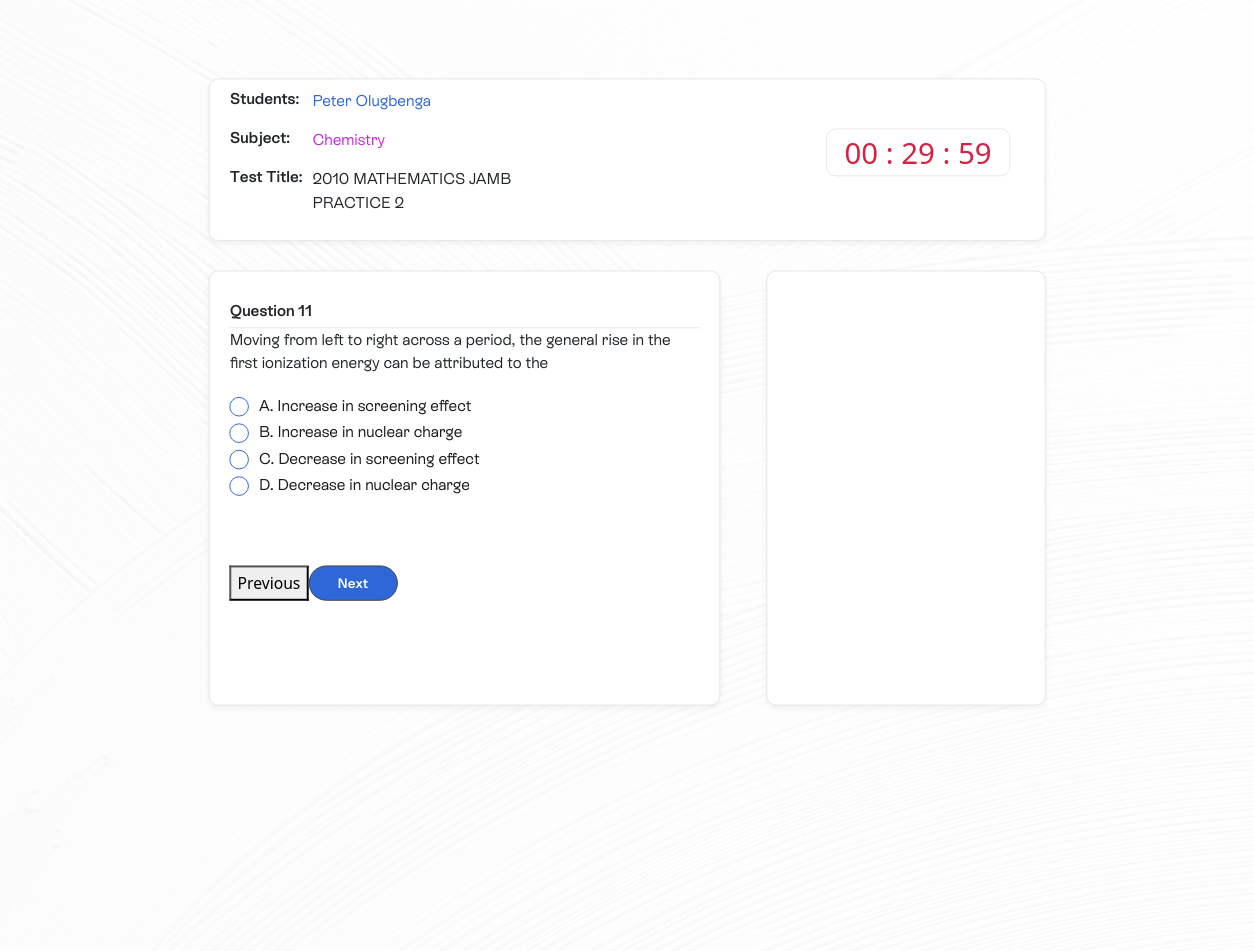
Repository: sarahnnanyelugo/educare-cbt
Page: /question
The author's editor kept a copy of each file at every save. The page is drawn from the files as they stood at one save, then again after the next save.
The browser window is 1280 px wide. The pictures show the whole page, at 98% of full size.
The project was rebuilt for these pictures with package versions that can differ from the ones it lists, and the page was loaded fresh each time. Also part of the build but not shown: src/components/Form/Form.js, src/pages/AuthenticationPage/auth.scss, src/pages/AuthenticationPage/AuthenticationPage.js, src/components/TestModal/test-modal.scss, src/components/TestModal/TestModal.js, src/components/Exams/Exams.js, src/TestData/examsData.js, src/TestData/index.js and 2 more. Imported but missing from the stored project, and not drawn on this page: src/components/Form/Password, src/components/GoogleButton/GoogleButton.

Above is the page before, as saved 2023-11-05 14:25:34.

### src/App.js
import logo from "./logo.svg";
import "./App.css";
import "bootstrap/dist/css/bootstrap.min.css";
import { BrowserRouter, Routes, Route, Link, Outlet } from "react-router-dom";
import { AuthenticationPage } from "./pages/AuthenticationPage/AuthenticationPage";
import { Home } from "./pages/Home/Home";
import ScrollToTop from "./components/scrollToTop";
import { Navbar } from "./components/Navbar/Navbar";
import { TestInstructions } from "./pages/TestInstructions/TestInstructions";
import { Question } from "./pages/Question/Question";
function App() {
  return (
    <>
      <ScrollToTop />
      <Navbar />
      <Routes>
        <Route path="/" element={<AuthenticationPage />} />{" "}
        <Route path="home" element={<Home />} />{" "}
        <Route path="test-instructions" element={<TestInstructions />} />{" "}
        <Route path="question" element={<Question />} />{" "}
      </Routes>
    </>
  );
}

export default App;

### src/App.css
@font-face {
  font-family: rebondG;
  src: url(./assets/fonts/Rebond_font/RebondG.otf);
}
@font-face {
  font-family: rebondG-Bold;
  src: url(./assets/fonts/Rebond_font/RebondG-Bold.otf);
}
@font-face {
  font-family: rebondG-Semi-Bold;
  src: url(./assets/fonts/Rebond_font/Rebond-semibold.otf);
}
@font-face {
  font-family: rebondG-Medium;
  src: url(./assets/fonts/Rebond_font/RebondGrotesqueMedium.otf);
}
@font-face {
  font-family: rebondBook;
  src: url(./assets/fonts/Rebond_font/RebondG-Book.ttf);
}

h1,
h2,
h3,
h4,
h5,
h6 {
  font-family: rebondG-Semi-Bold;
}

p {
  font-family: rebondBook;
  font-size: 16px;
}
small {
  font-family: rebondBook;
}
button {
  font-family: rebondG-Semi-Bold;
}
ul li {
  font-family: rebondG-Medium;
}
@media screen and (min-width: 620px) {
  .flexy {
    display: flex;
  }
}
@media screen and (max-width: 620px) {
  .flexyM {
    display: flex;
  }
}

### src/components/Navbar/Navbar.js
import React, { useEffect, useRef, useState } from "react";
import "./navbar.scss";
import Logo from "../../assets/images/logo.png";
import { Link, NavLink } from "react-router-dom";
import { useLocation } from "react-router-dom";

export const Navbar = () => {
  const location = useLocation();
  const prevUrlRef = useRef(null);
  const [showNav, setShowNav] = useState(true);
  useEffect(() => {
    const currentUrl = window.location.pathname;
    if (prevUrlRef.current !== currentUrl) {
      prevUrlRef.current = currentUrl;
      console.log(currentUrl);
      setTimeout(() => {
        switch (currentUrl) {
          case "/":
            setShowNav(false);
            break;
          case "/test-instructions":
            setShowNav(false);
            break;
          case "/question":
            setShowNav(false);
            break;

          default:
            setShowNav(true);
            break;
        }
        localStorage.setItem("showNav", showNav);
      }, 200);
    }
  });
  return (
    <div className={`nav-container flexy ${showNav ? "" : "hide"} `}>
      <div className="logo-holder  col-md-1 flexy ">
        {" "}
        <Link to={"/"}>
          {" "}
          <img className="   logo" src={Logo} alt="Scholar" width="50%" />
        </Link>
      </div>
      <div className="flexy navs">
        <NavLink activeclassName="active" className="navlinks" to={"/home"}>
          <button> Home</button>
        </NavLink>{" "}
        <NavLink
          activeclassName="active"
          className="navlinks"
          to={"/test-analysis"}
        >
          <button> Test Analysis</button>
        </NavLink>{" "}
        <NavLink activeclassName="active" className="navlinks" to={"/wallet"}>
          <button> Wallet</button>
        </NavLink>
      </div>
    </div>
  );
};

### src/pages/Question/Question.js
import React from "react";
import "./question.scss";
import Alert from "../../assets/images/alert.svg";
import { Link } from "react-router-dom";

export const Question = () => {
  return (
    <>
      <div className="test-instructions-div">
        <div className="col-md-8 offset-md-2 student-details flexy">
          <div className="col-md-5 ">
            <div className="flexy flexyM">
              {" "}
              <h6 className="col-md-3 ">Students:</h6>
              <p style={{ color: "#2F67D8" }}>Peter Olugbenga</p>
            </div>
            <div className="flexy flexyM">
              {" "}
              <h6 className="col-md-3">Subject:</h6>
              <p style={{ color: "#C32BD6" }}>Chemistry</p>
            </div>{" "}
            <div className="flexy flexyM">
              {" "}
              <h6 className="col-md-3">Test Title:</h6>
              <p>2010 MATHEMATICS JAMB PRACTICE 2</p>
            </div>
          </div>
          <div className="timer offset-md-4 mt4">
            <button>00 : 29 : 59</button>
          </div>
        </div>
        <div className="col-md-8 offset-md-2 flexy">
          {" "}
          <div className="col-md-8 ">
            <div className="col-md-11  instructions">
              <div className="title-div">
                {" "}
                <h6>Question 11</h6>
              </div>
              <p>
                Moving from left to right across a period, the general rise in
                the first ionization energy can be attributed to the
              </p>
              <div>
                <input
                  type="radio"
                  id="answer-a"
                  name="answers"
                  value="answer-a"
                />
                <label for="answer-a">A. Increase in screening effect</label>
              </div>
              <div>
                <input
                  type="radio"
                  id="answer-b"
                  name="answers"
                  value="answer-b"
                />
                <label for="answer-b">B. Increase in nuclear charge</label>
              </div>
              <div>
                <input
                  type="radio"
                  id="answer-c"
                  name="answers"
                  value="answer-c"
                />
                <label for="answer-c">C. Decrease in screening effect</label>
              </div>{" "}
              <div>
                <input
                  type="radio"
                  id="answer-d"
                  name="answers"
                  value="answer-d"
                />
                <label for="answer-d">D. Decrease in nuclear charge</label>
              </div>
              <div className="flexy mt7">
                <button className="previous-btn">Previous</button>
                <button className="next-btn">Next</button>
              </div>
            </div>
          </div>
          <div className="col-md-4 instructions"></div>
        </div>
      </div>
    </>
  );
};

### src/pages/Home/home.scss
@import "../../variables";
@import "../../shared-styles";

.home-div {
  padding-top: 60px;
  padding-bottom: 60px;
  .unit {
    h3 {
      flex-grow: 1;
    }
    button {
      color: #2f67d8;
      background: #2f67d81a;
      border: solid 1px #2f67d8;
      width: 163px;
      font-size: 14px;
      height: 32px;
      border-radius: 100px;
    }
  }
  .question-type-div {
    border-radius: 11px;
    background: #ffffff;
    padding: 15px;
    border: solid 1px #e7e7e7;
    box-shadow: 0px 3px 6px #0000000d;
    input {
      width: 90%;
      border: solid 1px #cecbcb;
      height: 37px;
      border-radius: 10px;
      background: #fff;
      padding-left: 20px;
    }
    ::placeholder {
      color: #191919 !important;
      text-align: left;
      opacity: 0.3;
      font-size: 14px !important;
      font-family: rebondG-Medium;
    }
    button {
      @include main-btn;
      margin-top: 25px;
    }
  }
  .sort {
    margin-top: 100px;
    margin-bottom: 20px;
    h3 {
      flex-grow: 1;
    }
    h6 {
      margin-top: 10px;
      margin-right: 5px;
    }
    select {
      border: solid 1px #cecbcb;
      border-radius: 35px;
      width: 100px;
      background: #fff;
      font-family: rebondG-Medium;
      font-size: 14px;
      color: #191919;
    }
  }
}

### src/components/Navbar/navbar.scss
.nav-container {
  padding: 5px 60px;
  box-shadow: 0px 3px 6px #00000029;
  background: #fff;
  .logo-holder {
    flex-grow: 1;
  }
  .navs {
    flex-grow: 1;
    .navlinks {
      button {
        margin: 0 10px;
        padding: 5px 13px;
        border: none;
        color: #000;
        margin-top: 10px;
        text-decoration: none;
        font-size: 14px;
        border-radius: 100px;
        background: #fff;
        font-family: rebondG-Medium;
      }
    }
  }
}
.active {
  button {
    color: #2f67d8 !important;
    background: #c7d8fa !important;
  }
}

### src/pages/TestInstructions/test-instructions.scss
@import "../../variables";
@import "../../shared-styles";

.test-instructions-div {
  padding-top: 80px;
  padding-bottom: 250px;
  background: url("../../assets/images/brush-bg.png");
  background-size: cover;
  background-repeat: no-repeat;
  //   background-position: center;
  .instructions {
    border: 1px solid #e7e7e7;
    box-shadow: 0px 3px 6px #0000000d;
    border-radius: 10px;
    height: 444px;
    background: #fff;
    padding: 30px 20px;
    .title-div {
      border-bottom: 1px solid #e7e7e7;
    }
    .inner {
      margin-top: 30px;
      h6 {
        margin-bottom: 20px;
        font-size: 16px;
      }
      p {
        font-size: 16px;
      }
      .proceed-btn {
        @include main-btn;
      }
      .back-btn {
        border: 1px solid #2f67d8;
        color: #2f67d8;
        background: #fff;
        border-radius: 100px;
        width: 91px;
        height: 36px;
        font-size: 14px;
      }
      .instruction-btns {
        margin-top: 250px;
      }
    }
    ul {
      margin-top: 60px;
    }
    ul li {
      color: #d52143;
      font-size: 14px;
      img {
        margin-right: 7px;
      }
    }
  }
}

### src/pages/Question/question.scss
@import "../../variables";
@import "../../shared-styles";

.test-instructions-div {
  padding-top: 80px;
  padding-bottom: 250px;
  background: url("../../assets/images/brush-bg.png");
  background-size: cover;
  background-repeat: no-repeat;
  .student-details {
    border: 1px solid #e7e7e7;
    box-shadow: 0px 3px 6px #0000000d;
    border-radius: 10px;
    background: #fff;
    padding: 10px 20px;
    margin-bottom: 30px;
    .timer {
      button {
        color: #d52143;
        font-size: 30px;
        width: 188px;
        // height: 40px;
        border: solid 1px #e7e7e7;
        border-radius: 10px;
        background: #fff;
      }
    }
  }
  .instructions {
    border: 1px solid #e7e7e7;
    box-shadow: 0px 3px 6px #0000000d;
    border-radius: 10px;
    height: 444px;
    background: #fff;
    padding: 30px 20px;
  }
}
input[type="radio"] {
  appearance: none;
  -webkit-appearance: none;
  width: 20px;
  height: 20px;
  border: 1px solid #2f67d8;
  border-radius: 50%;
  margin-right: 10px;
  background-color: transparent;
  position: relative;
  top: 6px;
}

input[type="radio"]:checked::before {
  content: "";
  display: block;
  width: 12px;
  height: 12px;
  background-color: #2f67d8;
  border-radius: 50%;
  position: absolute;
  top: 50%;
  left: 50%;
  transform: translate(-50%, -50%);
}

label {
  font-size: 16px;
  font-family: rebondBook;

  color: #191919;
}
.previous-btn {
}
.next-btn {
  @include main-btn;
}

### src/components/Form/form.scss
@import "../../variables";
@import "../../shared-styles";

.form-container {
  border: solid 1px rgb(255, 255, 255);
  border-radius: 15px;
  box-shadow: 0 0 1px 1px rgb(221, 221, 221);
  padding: 30px 20px 50px 20px;
  background: #fff;
  .or {
    .bodda {
      border-top: solid 1px #efefef;
      margin-top: 30px;
    }
    p {
      margin-top: 15px;
    }
  }
  .form-heading {
    color: #161617;
    font-size: 16px;
  }
}

.form {
  width: 100%;
  position: relative;
  height: fit-content;
  overflow: hidden;
}

.form input {
  width: 100%;
  height: 100%;
  color: #191919;
  padding-top: 10px;
  padding-bottom: 10px;
  padding-left: 20px;
  border-radius: 10px;
  height: 40px;
  margin-top: 20px;
  border: solid 1px #e7e7e7;
  background: #fff;
  font-family: rebondG-Semi-Bold;
}
.form label {
  position: absolute;
  bottom: 4px;
  left: 20px;
  width: 100%;
  height: 100%;
  font-size: 12px;
  font-family: rebondG;
  color: #161617;
  pointer-events: none;
}
.form label::after {
  content: "";
  position: absolute;
  bottom: -1px;
  left: 0px;
  width: 100%;
  height: 100%;
  transform: translateX(-100%);
  transition: all 0.3s ease;
}

.content-name {
  position: absolute;
  bottom: 0px;
  left: 0px;
  padding-bottom: 5px;
  transition: all 0.3s ease;
}
.form input:focus {
  outline: none;
}
.form input:focus + .label-name .content-name,
.form input:valid + .label-name .content-name {
  transform: translateY(-100%);
  font-size: 8px;
  left: 0px;
  color: black;
}
.form input:focus + .label-name::after,
.form input:valid + .label-name::after {
  transform: translateX(0%);
}
.password-input {
  input {
    border: solid 1px #edecec !important;
    padding: 9px 5px;
    border-radius: 10px;
    background: #fff !important;
    width: 100% !important;
    height: 40px;
  }
  img {
    margin-left: -35px;
    border-right: solid 1px rgb(226, 220, 220) !important;
    border-radius: 7px;
    @media screen and (max-width: 620px) {
      margin-left: -18px;
    }
  }
}
.formButton {
  color: #fff;
  border: none;
  padding: 10px 0;
  border-radius: 35px;
  margin-top: 30px;
  width: 100%;
  font-size: 16px !important;
  font-weight: bold !important;
  font-family: rebondG-Medium;
  background: #2f67d8;
  &:hover {
    background: #1e4ba7;
    transition: 0.5 ease;
  }
  @media screen and (max-width: 620px) {
  }
}
.css-qbdosj-Input {
  padding: 6px 5px !important;
}
.css-13cymwt-control {
  border-radius: 10px !important;
  height: 40px !important;
  border: solid 1px rgb(236, 233, 233) !important;
}
//////////////////////////////////////////////////////////////////////////////////////////

.formpassword {
  width: 100%;
  position: relative;
  height: fit-content;
  overflow: hidden;
}

.formpassword input {
  width: 100%;
  height: 100%;
  color: #191919;
  padding-top: 10px;
  padding-bottom: 10px;
  padding-left: 20px;
  border-radius: 10px;
  height: 40px;
  margin-top: 20px;
  border: solid 1px #e7e7e7;
  background: #fff;
  font-family: rebondG-Semi-Bold;
}
.formpassword label {
  position: absolute;
  bottom: 4px;
  left: 20px;
  width: 100%;
  height: 100%;
  font-size: 12px;
  font-family: rebondG;
  color: #161617;
  pointer-events: none;
}
.formpassword label::after {
  content: "";
  position: absolute;
  bottom: -1px;
  left: 0px;
  width: 100%;
  height: 100%;
  transform: translateX(-100%);
  transition: all 0.3s ease;
}

.content-name {
  position: absolute;
  bottom: 0px;
  left: 0px;
  padding-bottom: 5px;
  transition: all 0.3s ease;
}
.formpassword input:focus {
  outline: none;
}
.formpassword input:focus + .label-name .content-name,
.formpassword input:valid + .label-name .content-name {
  transform: translateY(-100%);
  font-size: 8px;
  left: 0px;
  color: black;
}
.formpassword input:focus + .label-name::after,
.formpassword input:valid + .label-name::after {
  transform: translateX(0%);
}
.css-1jqq78o-placeholder {
  font-family: rebondBook !important;
  color: #161617 !important;
  font-size: 12px !important;
  font-family: rebondBook !important ;
}
.PhoneInputCountry {
  background: #fff !important;
}
.hide {
  display: none;
}
.show {
  display: block;
}

### src/components/Exams/exams.scss
@import "../../variables";
@import "../../shared-styles";

.questions-div {
  border: 1px solid #e7e7e7;
  border-radius: 11px;
  box-shadow: 0px 3px 6px #0000000d;
  height: 89px;
  margin-bottom: 30px;
  padding-top: 15px;
  h6 {
    font-size: 16px;
  }
  p {
    font-size: 14px;
  }
  button {
    @include main-btn;
  }

  tr td {
    border: none;
    padding: 0 !important;
    text-align: left;
    small {
      font-size: 14px;
    }
  }
}

### src/_variables.scss
$blue: #0098da;
$lightblue: #e1f2fa;
$purple: #5044b2;
@mixin get-started-button {
  color: #fff;
  border-radius: 35px;
  border: solid 1px #414244;
  padding: 8px 20px;
  font-size: 14px;
  font-family: rebondG-Semi-Bold;

  // &:hover {
  //   background: #30266b;
  //   transition: 0.5s ease;
  // }
}
@mixin main-btn {
  background: #2f67d8 !important;
  color: #fff;
  border-radius: 100px;
  // padding: 8px 20px;
  width: 91px;
  height: 36px;
  font-size: 14px;
  border: solid 1px #414244;
  font-family: rebondG-Semi-Bold;

  &:hover {
    background: #1e4ba7 !important;
    transition: 0.5s ease;
  }
}

### src/_shared-styles.scss
.mt1 {
  margin-top: 10px;
}
.mt2 {
  margin-top: 20px;
}
.mt3 {
  margin-top: 30px;
}
.mt4 {
  margin-top: 40px;
}
.mt5 {
  margin-top: 50px;
}
.mt6 {
  margin-top: 60px;
}
.mt7 {
  margin-top: 70px;
}
.mt8 {
  margin-top: 80px;
}
.mt9 {
  margin-top: 90px;
}
.mt {
  margin-top: 140px;
}
.mtt {
  margin-top: 200px;
}
.bb {
  border-bottom: solid 1px rgb(233, 229, 229);
}
.bt {
  border-top: solid 1px rgb(233, 229, 229);
}
.pd {
  padding: 80px 0;
}
.br {
  border-right: solid 1px rgb(233, 229, 229);
}
.no-m {
  @media screen and (max-width: 620px) {
    margin: 0 !important;
  }
}
.ml {
  margin-left: 10px;
}
.ml4 {
  margin-left: 40px;
}
.ml3 {
  margin-left: 30px;
}

.features-link {
  color: #191919;
  text-decoration: none;
  &:hover {
    color: #191919;
  }
}

.mb5 {
  margin-bottom: 50px;
}
.mb4 {
  margin-bottom: 40px;
}

.no-margin {
  @media screen and (max-width: 620px) {
    margin-top: 0px !important;
    text-align: center;
  }
}
.grad2 {
  background: rgb(255, 255, 255);
  background: linear-gradient(
    180deg,
    rgba(255, 255, 255, 1) 28%,
    rgba(240, 240, 240, 1) 48%,
    rgba(255, 255, 255, 1) 75%
  );
}
.dn {
  @media screen and (max-width: 620px) {
    display: none;
  }
}
.dnW {
  @media screen and (min-width: 620px) {
    display: none;
  }
}
.dnM {
  @media screen and (max-width: 620px) {
    display: none;
  }
}
.img-resolv {
  width: 90%;
  @media screen and (max-width: 620px) {
    width: 100%;
  }
}
.link {
  font-size: 12px;
  text-decoration: none;
  color: #000;
  font-family: rebondG-Semi-Bold;
  margin-bottom: 0 !important;
}
.link2 {
  font-size: 12px;
  text-decoration: none;
  color: #2f67d8;
  font-family: rebondG-Semi-Bold;
}

Loaded but not shown: public/index.html (common file); src/index.js (common file); src/index.css (common file); src/reportWebVitals.js (common file); src/components/scrollToTop.js (common file)

After the next save:
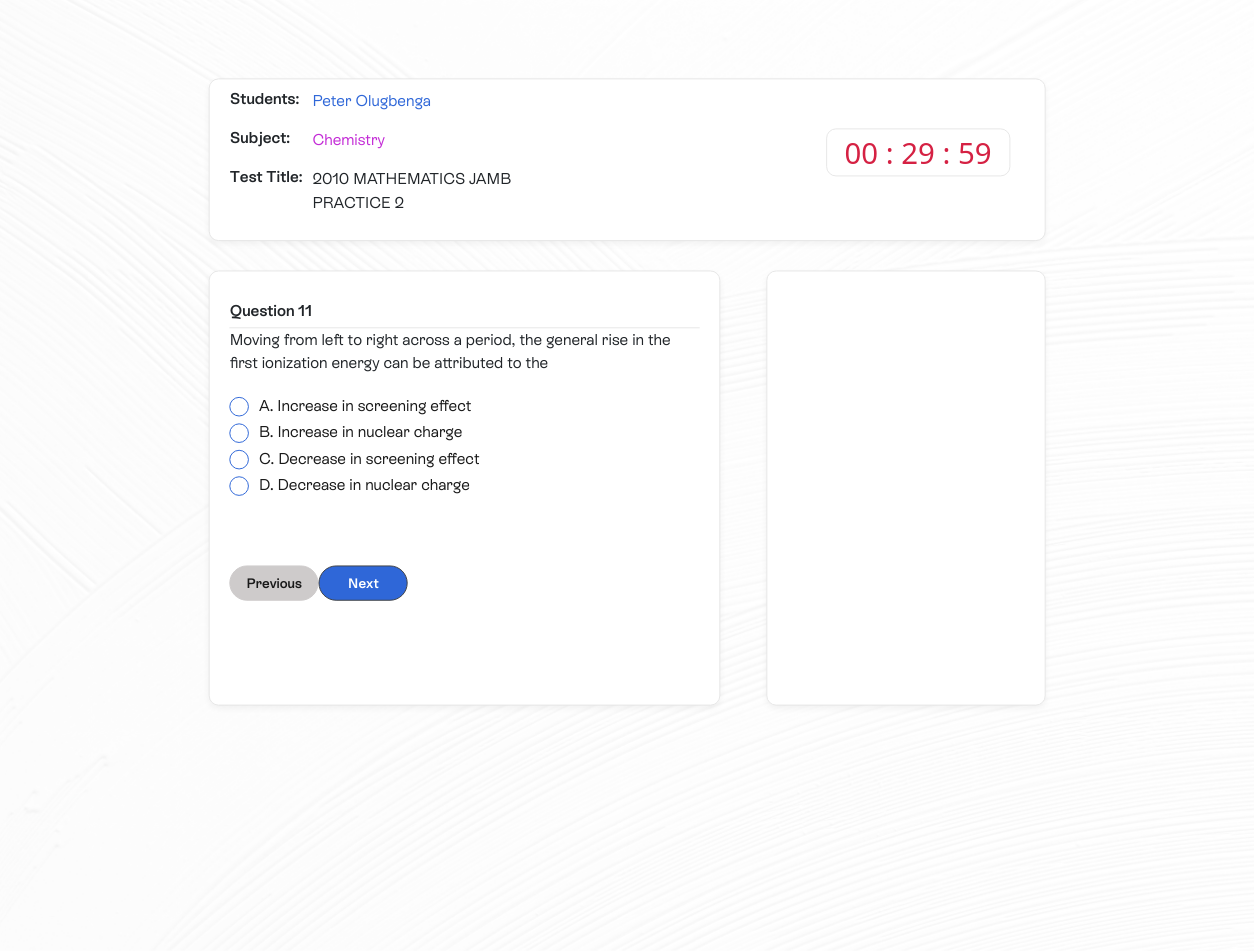
Saved 92 s later.
--- a/src/pages/Question/question.scss
+++ b/src/pages/Question/question.scss
@@ -68,6 +68,14 @@
   color: #191919;
 }
 .previous-btn {
+  border-radius: 100px;
+  width: 91px;
+  height: 36px;
+  font-size: 14px;
+  border: solid 1px #cecbcb;
+  background: #cecbcb;
+  font-family: rebondG-Semi-Bold;
+  color: #191919;
 }
 .next-btn {
   @include main-btn;
